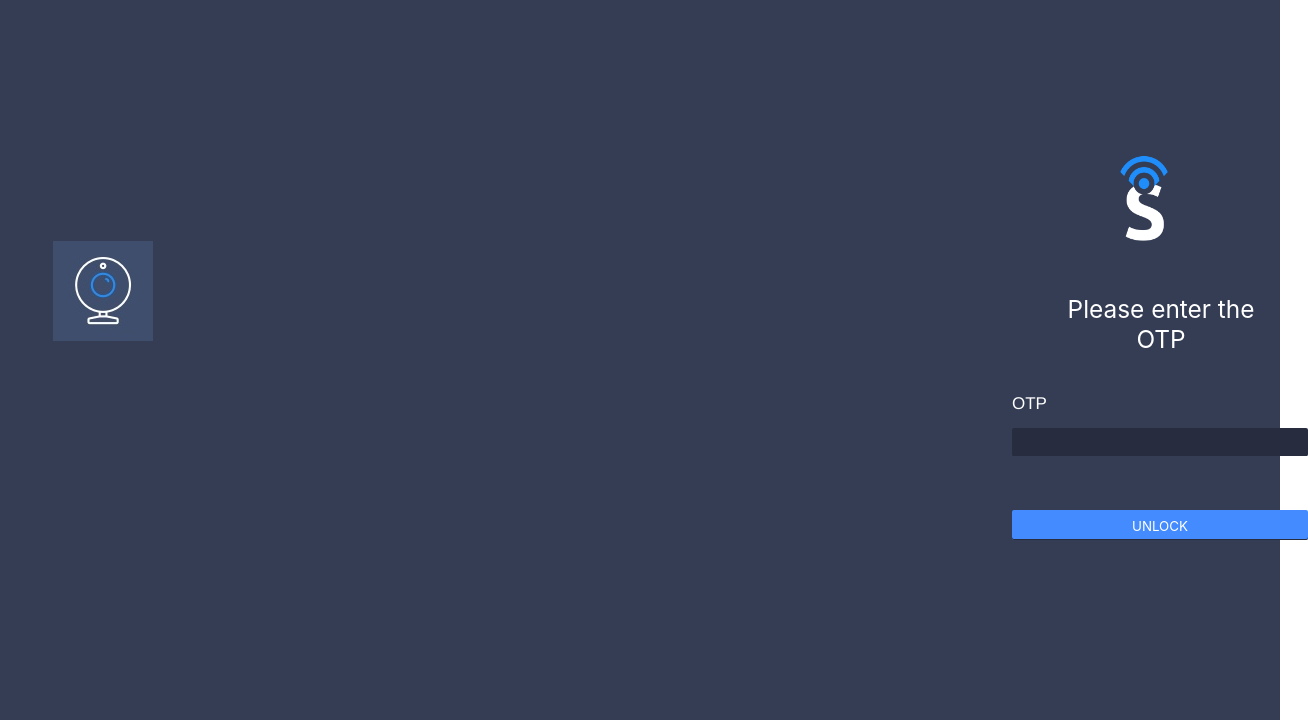
Repository: aba450/smart-door
Page: / (app in S3/smart-door-visitor/)
The author's editor kept a copy of each file at every save. The page is drawn from the files as they stood at one save, then again after the next save.
The browser window is 1280 px wide. The page is 1308 px wide, so the pictures cover 1308 px, including what lies to the right of the window. The pictures show the whole page.
The project was rebuilt for these pictures with package versions that can differ from the ones it lists, and the page was loaded fresh each time.

Above is the page before, as saved 2020-03-17 20:41:49.

After the next save:
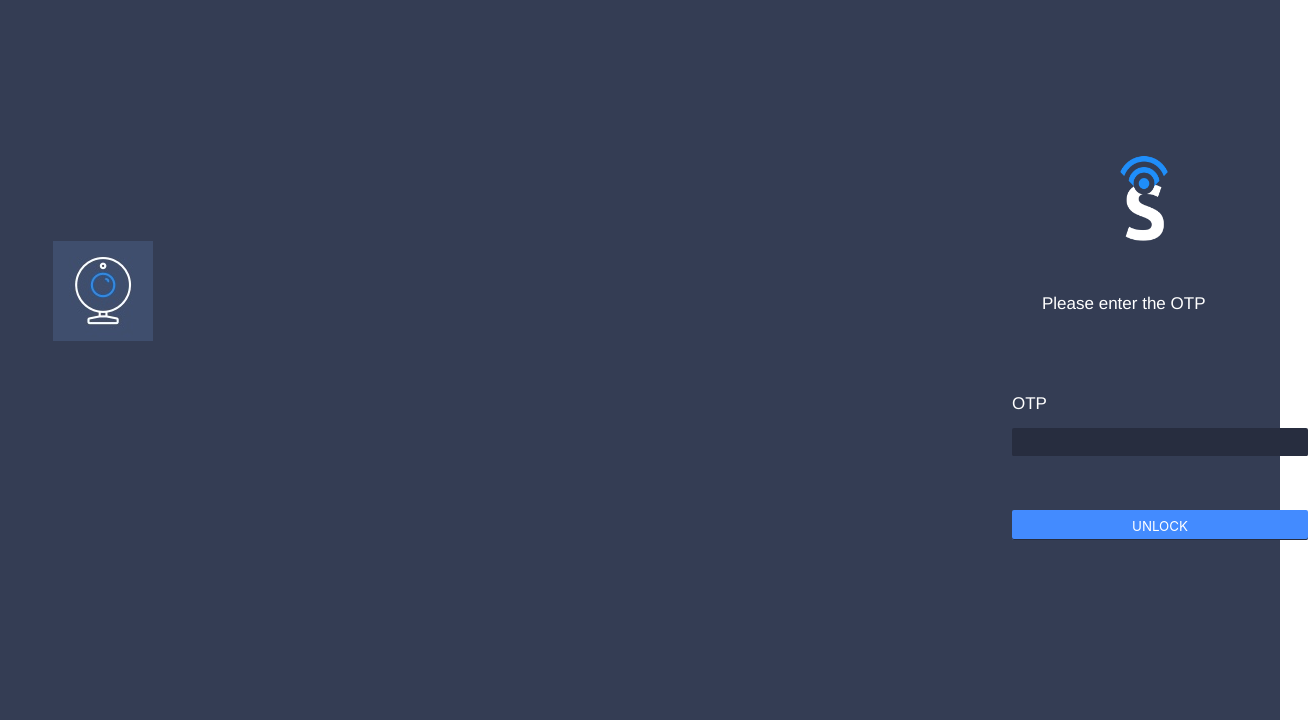
Saved 80 s later.
--- a/S3/smart-door-visitor/src/App.css
+++ b/S3/smart-door-visitor/src/App.css
@@ -26,6 +26,11 @@
 
 .text-label {
   position: absolute;
+  font-family:Helvetica;
+  font-size:17px;
+  color:#ffffff;
+  letter-spacing:0;
+  text-align:left;
   left:1042px;
   top:294px;
 }
